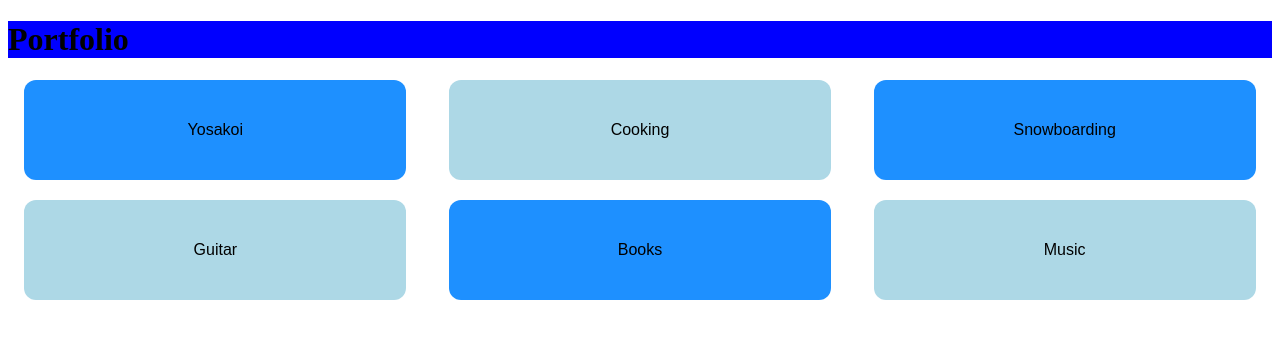
Repository: tokyopdm/tokyopdm.github.io
Page: pages/portfolio.html
The author's editor kept a record of every edit. The page is drawn from the files as they stood at one moment, then again after the next edit.
The browser window is 1280 px wide. The pictures show the whole page.

Above is the page before.

After the next edit:
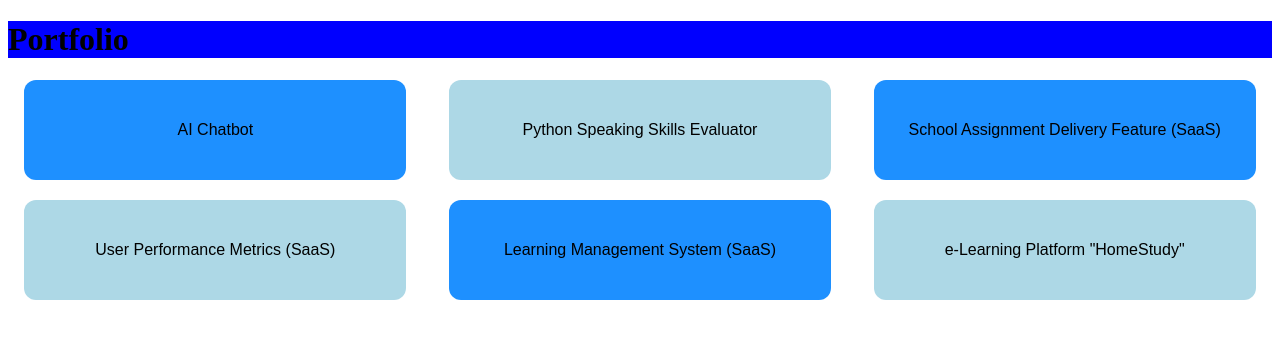
The edit:
--- a/pages/portfolio.html
+++ b/pages/portfolio.html
@@ -14,12 +14,12 @@
         </div>
         <div>
             <ul class="list-tiles">
-                <li>Yosakoi</li>
-                <li>Cooking</li>
-                <li>Snowboarding</li>
-                <li>Guitar</li>
-                <li>Books</li>
-                <li>Music</li>
+                <li>AI Chatbot</li>
+                <li>Python Speaking Skills Evaluator</li>
+                <li>School Assignment Delivery Feature (SaaS)</li>
+                <li>User Performance Metrics (SaaS)</li>
+                <li>Learning Management System (SaaS)</li>
+                <li>e-Learning Platform "HomeStudy"</li>
             </ul>
         </div>
     </body>
